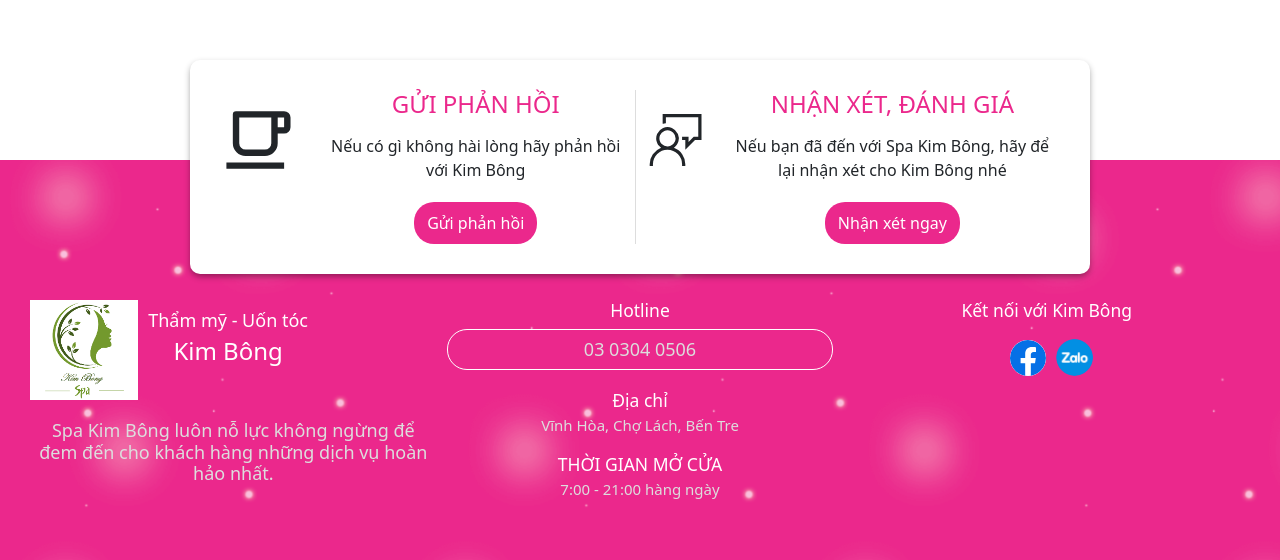
Repository: tranduykhuong/SpaKimBong
Page: /about
An editor plug-in stored every save of this project. The page is shown before and after the next save, followed by the edit.
The browser window is 1280 px wide. The pictures show the part of the page from y = 562 to 1152 px (the page is 1122 px tall before and 1152 px after).
The project was rebuilt for these pictures with package versions that can differ from the ones it lists, and the page was loaded fresh each time. Also part of the build but not shown: src/components/Header/Slider/slider.scss, src/components/Header/Slider/Slider.js, src/components/Header/ListImage/listImage.scss, src/components/Header/ListImage/ListImage.js, src/pages/Home/home.scss, src/pages/Home/ListImage/listImage.scss, src/pages/Home/ListImage/ListImage.js, src/pages/Home/BookOnline/bookOnl.scss and 6 more.

Above is the page before, as saved 2022-06-01 00:21:17.

### src/App.js
import "./App.css";
import Header from "./components/Header/Header";
import Home from "./pages/Home/Home";
import "bootstrap/dist/css/bootstrap.min.css";
import { Route, Routes } from "react-router-dom";
import About from "./pages/About/About";

function App() {
  return (
    <div className="App">
      <Header />
      <Routes>
        <Route path="/" element={<Home />} />
        <Route path="/about" element={<About />} />
      </Routes>
    </div>
  );
}

export default App;

### src/components/Header/Header.js
import React, { useEffect, useState } from "react";
import "./header.scss";
import { BsSearch, BsFacebook } from "react-icons/bs";
import { BiPhoneCall } from "react-icons/bi";
import Slider from "./Slider/Slider";
import ListImage from "./ListImage/ListImage";
import { Link, useLocation } from "react-router-dom";

function Header() {
  const path = useLocation().pathname;
  const [fixedNavbar, setFixedNavbar] = useState(false);

  useEffect(() => {
    // set fixed navbar
    const handleScroll = () => {
      if (window.scrollY < 1) {
        setFixedNavbar(true);
      }

      if (window.scrollY > 170) setFixedNavbar(true);
      else setFixedNavbar(false);
    };

    window.addEventListener("scroll", handleScroll);

    // cleanup function
    return () => {
      window.removeEventListener("scroll", handleScroll);
    };
  }, []);

  return (
    <div className="header">
      <div className={"infor " + (fixedNavbar ? "mg-navbar" : "")}>
        <div className="logo">
          <img src="../../img/logoSpa.png" alt="" />
          <div className="nameSpa">
            <h4>Thẩm mỹ - Uốn tóc</h4>
            <h2>Kim Bông</h2>
          </div>
        </div>

        <div className="search">
          <input type="text" placeholder="Tìm kiếm sản phẩm/ bài viết ..." />
          <a className="icon">
            <BsSearch className="iconSearch" />
          </a>
        </div>

        <div className="contact">
          <a href="/" className="icon">
            <BsFacebook className="iconFacebook" />
          </a>
          <a href="/" className="icon">
            <img src="../../img/Zalo.png" alt="" className="iconZalo" />
          </a>

          <div className="phone">
            <BiPhoneCall className="iconPhone" />
            <h3>03 0304 0506</h3>
          </div>
        </div>
      </div>
      <div className={"myNavbar " + (fixedNavbar ? "fixedNavbar" : "")}>
        <div className="navbarContent">
          <ul className="navbarList">
            <li className={path === "/" ? "active" : ""}>
              <Link to="/">TRANG CHỦ</Link>
            </li>
            <li className={path === "/about" ? "active" : ""}>
              <Link to="/about">GIỚI THIỆU</Link>
            </li>
            <li className={path === "/skin" ? "active" : ""}>
              <Link to="/">CHĂM SÓC DA</Link>
            </li>
            <li className={path === "/acne" ? "active" : ""}>
              <Link to="/">TRỊ MỤN</Link>
            </li>
            <li className={path === "/open-time" ? "active" : ""}>
              <Link to="/">LỊCH MỞ CỬA</Link>
            </li>
          </ul>
        </div>
      </div>
      {/* <Slider /> */}
      {/* <ListImage /> */}
    </div>
  );
}

export default Header;

### src/pages/About/About.js
import "./About.scss";
import React from "react";
import Footer from "./../../components/Footer/Footer";

const About = () => {
  return (
    <div>
      <div className="container1">
        <div className="container-image"></div>
      </div>

      <Footer />
    </div>
  );
};

export default About;

### src/components/Header/header.scss
$height-navbar: 5rem;

.header {
    .mg-navbar {
        margin-bottom: $height-navbar;
    }

    .infor {
        max-width: 1200px;
        padding: .6rem 0;
        display: flex;
        justify-content: space-between;

        .logo {
            display: flex;
            flex: 1;

            img {
                height: 10rem;
            }

            .nameSpa {
                color: #eb288c;
                margin: auto 0;

                h4 {
                    font-size: 1.8rem;
                    font-weight: 500;
                }

                h2 {
                    font-size: 2.4rem;
                }
            }
        }


        .search {
            margin: auto 0;
            border-radius: 50px;
            border: solid .1rem #eb288c;
            height: 37px;
            display: flex;

            input {
                font-size: 1.4rem;
                margin: auto 16px;
                min-width: 26rem;
                border: none;
                outline: none;
            }

            .icon {
                margin: auto 10px;
                cursor: pointer;
            }

            .iconSearch {
                width: 1.8rem;
                height: 1.8rem;
                color: #eb288c;

                &:hover {
                    color: #f867b2;
                }
            }
        }

        .contact {
            display: flex;
            margin-left: 20px;

            .icon {
                margin: auto 0;
                margin-left: 10px;

            }

            .iconFacebook {
                width: 2.8rem;
                height: 2.8rem;
                color: rgba($color: #0570e6, $alpha: 1.0);
            }

            .iconZalo {
                width: 2.8rem;
                height: 2.8rem;
                border-radius: 50%;
            }

            .phone {
                margin: auto 0;
                margin-left: 20px;
                display: flex;

                .iconPhone {
                    width: 2.6rem;
                    height: 2.6rem;
                }

                h3 {
                    font-size: 1.4rem;
                    font-weight: 500;
                    margin: auto 4px;
                }
            }

        }
    }

    .fixedNavbar {
        position: fixed;
        top: 0;
        left: 0;
        z-index: 50;
        width: 100%;
        animation: fixedNavbar 1s forwards;
    }

    @keyframes fixedNavbar {
        from {
            top: -5rem;
            opacity: 0;
        }

        to {
            top: 0;
            opacity: 1;
        }
    }

    .myNavbar {
        height: $height-navbar;
        background-color: #eb288c;

        .navbarContent {
            max-width: 1200px;
            margin: 0 auto;

            .navbarList {
                display: flex;
                margin: 0 1rem;
                // justify-content: space-evenly;

                li {
                    list-style: none;

                    a {
                        line-height: $height-navbar;
                        height: $height-navbar;
                        display: block;
                        color: #fff;
                        font-size: 1.6rem;
                        font-weight: 600;
                        text-decoration: none;
                        padding: 0 2rem;
                    }

                    &:hover {
                        background-color: #f844a1;
                        cursor: pointer;
                    }
                }

                .active {
                    background-color: #dd0876;
                }
            }
        }
    }
}

### src/components/Footer/Footer.js
import React, { useEffect } from "react";
import "./footer.scss";
import { BsFacebook } from "react-icons/bs";
import { RiCupLine } from "react-icons/ri";
import { VscFeedback } from "react-icons/vsc";

const Footer = () => {
  return (
    <div className="footer">
      <div className="logo">
        <div className="info">
          <img src="../../img/logoSpa.png" alt="" />
          <div className="nameSpa">
            <h4>Thẩm mỹ - Uốn tóc</h4>
            <h2>Kim Bông</h2>
          </div>
        </div>

        <h5>
          Spa Kim Bông luôn nỗ lực không ngừng để đem đến cho khách hàng những
          dịch vụ hoàn hảo nhất.
        </h5>
      </div>

      <div className="address">
        <h3>Hotline</h3>
        <div className="hotline">03 0304 0506</div>
        <h3>Địa chỉ</h3>
        <h4>Vĩnh Hòa, Chợ Lách, Bến Tre</h4>
        <h3>THỜI GIAN MỞ CỬA</h3>
        <h4>7:00 - 21:00 hàng ngày</h4>
      </div>
      <div className="contact">
        <h3>Kết nối với Kim Bông</h3>
        <a href="/" className="icon">
          <BsFacebook className="iconFacebook" />
        </a>
        <a href="/" className="icon">
          <img src="../../img/Zalo.png" alt="" className="iconZalo" />
        </a>
      </div>

      <div className="subFooter">
        <div className="report">
          <RiCupLine className="icon" />
          <div>
            <h3>Gửi phản hồi</h3>
            <p>Nếu có gì không hài lòng hãy phản hồi với Kim Bông</p>
            <div className="btn">Gửi phản hồi</div>
          </div>
        </div>
        <div className="feedback">
          <VscFeedback className="icon" />
          <div>
            <h3>Nhận xét, Đánh giá</h3>
            <p>
              Nếu bạn đã đến với Spa Kim Bông, hãy để lại nhận xét cho Kim Bông
              nhé
            </p>
            <div className="btn">Nhận xét ngay</div>
          </div>
        </div>
      </div>
    </div>
  );
};

export default Footer;

### src/pages/About/About.scss
.container1 {
  .container-image {
    width: 100%;
    height: 400px;
    // padding: 5rem;
    // display: flex;
    align-items: center;
    justify-content: center;
    background-image: url("https://i.pinimg.com/originals/2c/84/5a/2c845a66b8ad2a8aafd288bdc16cd459.jpg");
  }
}

### src/components/Footer/footer.scss
$title-color: #fff;

.footer {
    background-image: url(../../../public/img/sparkle1.png), url(../../../public/img/sparkle2.png);
    width: 100%;
    height: 400px;
    background-color: #eb288c;
    animation: sparkle 60s linear infinite;
    padding: 14rem 3rem 0;
    display: flex;
    justify-content: space-around;
    position: relative;
    margin-top: 16rem;

    .logo {
        flex: 1;

        .info {
            display: flex;

            img {
                height: 10rem;
            }

            .nameSpa {
                color: $title-color;
                margin: 1rem;

                h4 {
                    font-size: 1.8rem;
                    font-weight: 500;
                }

                h2 {
                    font-size: 2.4rem;
                }
            }
        }

        h5 {
            margin: 2rem .6rem;
            font-size: 1.8rem;
            font-weight: 400;
            color: #ddd;
        }
    }

    .contact {
        flex: 1;

        h3 {
            margin-bottom: 1.8rem;
            color: $title-color;
        }

        .icon {
            margin: auto 0;
            margin-left: 10px;

        }

        .iconFacebook {
            width: 3.6rem;
            height: 3.6rem;
            color: rgba($color: #0570e6, $alpha: 1.0);
            background-color: $title-color;
            border-radius: 50%;
        }

        .iconZalo {
            width: 3.7rem;
            height: 3.7rem;
            border-radius: 50%;
        }
    }

    .address {
        color: #ddd;
        flex: 1;

        h3 {
            // margin-bottom: 2rem;
            color: $title-color;
        }

        h4 {
            margin-bottom: 2rem;
        }

        .hotline {
            padding: .6rem;
            font-size: 1.8rem;
            margin: .8rem 1rem 2rem;
            border: 1px solid $title-color;
            border-radius: 2rem;

            &:hover {
                color: $title-color;
                cursor: pointer;
            }
        }
    }

    @keyframes sparkle {
        0% {
            background-position: 0px 0px, 0px 0px, 0px 0px;
        }

        100% {
            background-position: -500px -1000px, -400px -400px, 300px 300px;
        }
    }

    .subFooter {
        width: 100%;
        max-width: 90rem;
        min-height: 20rem;
        box-shadow: 0 3px 6px -4px rgba(0, 0, 0, 0.2), 0 3px 6px rgba(0, 0, 0, 0.3);

        background-color: #fff;
        border-radius: 1rem;
        z-index: 50;
        top: -10rem;
        left: 50%;
        transform: translateX(-50%);
        position: absolute;
        display: flex;
        padding: 3rem;
        justify-content: space-around;

        .report,
        .feedback {
            display: flex;
            flex: 1;
            justify-content: center;

            h3 {
                text-transform: uppercase;
                font-size: 2.4rem;
                color: #eb288c;
            }

            p {
                font-size: 1.6rem;
                padding: 1rem;
            }

            .icon {
                height: 10rem;
                width: 10rem;
                margin-right: 2rem;
            }

            .btn {
                padding: 0.8rem 1.2rem;
                background-color: #eb288c;
                border-radius: 2rem;
                font-size: 1.6rem;
                color: #fff;

                &:hover {
                    background-color: #cc1574;
                }
            }
        }

        .report {
            border-right: 1px solid #ddd;
        }

        .feedback {
            margin-left: 1rem;
        }
    }
}

Loaded but not shown: public/index.html (common file); src/index.js (common file); src/index.css (common file); src/reportWebVitals.js (common file); src/App.css (common file)

After the next save:
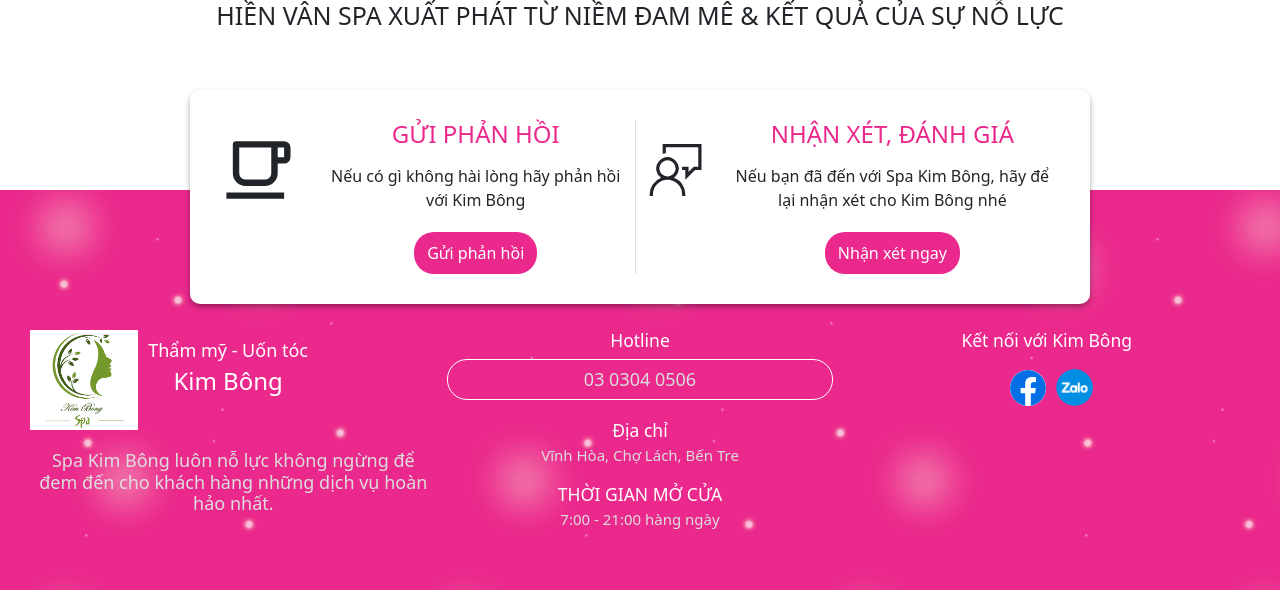
Saved 22 h 56 min later.
--- a/src/pages/About/About.js
+++ b/src/pages/About/About.js
@@ -7,6 +7,15 @@ const About = () => {
     <div>
       <div className="container1">
         <div className="container-image"></div>
+
+        <div className="container-content">
+          <div className="content-left">
+            <div className="title">
+              <h1>HIỀN VÂN SPA XUẤT PHÁT TỪ NIỀM ĐAM MÊ & KẾT QUẢ CỦA SỰ NỖ LỰC</h1>
+            </div>
+          </div>
+          <div className="image-right"></div>
+        </div>
       </div>
 
       <Footer />

After the save that followed:
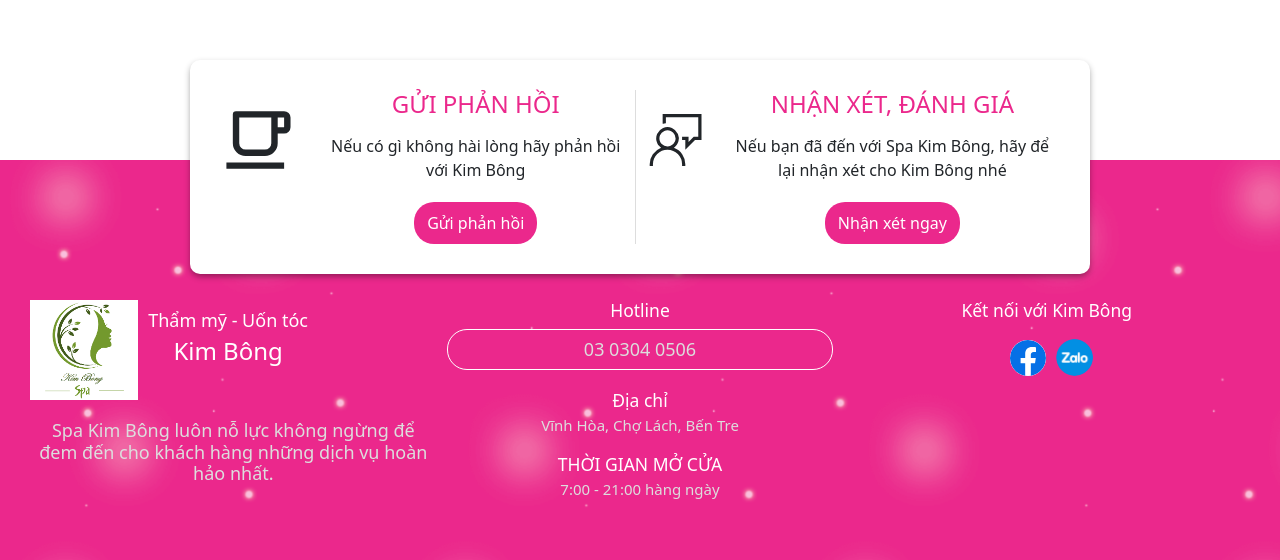
Saved 3 min 52 s later.
--- a/src/pages/About/About.js
+++ b/src/pages/About/About.js
@@ -10,9 +10,9 @@ const About = () => {
 
         <div className="container-content">
           <div className="content-left">
-            <div className="title">
+            {/* <div className="title">
               <h1>HIỀN VÂN SPA XUẤT PHÁT TỪ NIỀM ĐAM MÊ & KẾT QUẢ CỦA SỰ NỖ LỰC</h1>
-            </div>
+            </div> */}
           </div>
           <div className="image-right"></div>
         </div>
